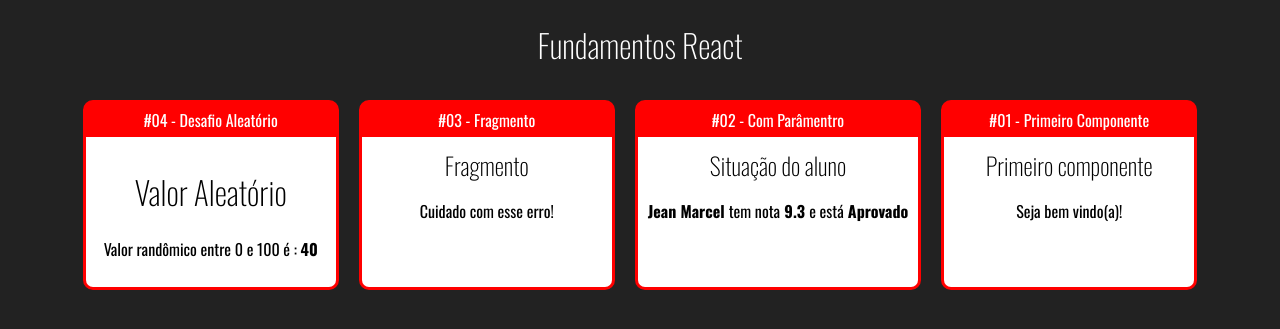
Repository: jean-siqueira/fundamentos-react
Page: /
The author's editor kept a copy of each file at every save. The page is drawn from the files as they stood at one save, then again after the next save.
The browser window is 1280 px wide. The pictures show the whole page.
The project was rebuilt for these pictures with package versions that can differ from the ones it lists, and the page was loaded fresh each time.

Above is the page before, as saved 2023-03-04 12:26:34.

### public/index.html
<!DOCTYPE html>
<html lang="en">
  <head>
    <meta charset="utf-8" />
    <link rel="icon" href="%PUBLIC_URL%/favicon.ico" />
    <meta name="viewport" content="width=device-width, initial-scale=1" />
    <meta name="theme-color" content="#000000" />
    <meta
      name="description"
      content="Web site created using create-react-app"
    />
    <link rel="apple-touch-icon" href="%PUBLIC_URL%/logo192.png" />
    <link rel="manifest" href="%PUBLIC_URL%/manifest.json" />
    <link rel="preconnect" href="https://fonts.googleapis.com">
<link rel="preconnect" href="https://fonts.gstatic.com" crossorigin>
<link href="https://fonts.googleapis.com/css2?family=Oswald:wght@200;300;400;500;600;700&display=swap" rel="stylesheet">
    <title>React App</title>
  </head>
  <body>
    <noscript>You need to enable JavaScript to run this app.</noscript>
    <div id="root"></div>
  </body>
</html>

### src/index.js
import "./index.css";
import ReactDOM from "react-dom";
import React from "react";

import App from "./App";

const tag = <strong>Olá React</strong>;

ReactDOM.render(<App />, document.getElementById("root"));

### src/index.css
body {
    font-family: Oswald;
    background-color: #222;
    color: #fff;
    text-align: center;
}

h1, h2, h3 {
    font-weight: 200;
}

h2, h3 {
    margin: 0;
}

### src/App.jsx
import React from "react";

import Card from "./components/layout/Card";
import Primeiro from "./components/basicos/Primeiro";
import "./App.css"
import ComParametro from "./components/basicos/ComParametro";
import Fragmento from "./components/basicos/Fragmento";
import Aleatorio from "./components/basicos/Aleatorio";

export default (_) => (
  <div className="App">
    <h1>Fundamentos React</h1>

    <div className="Cards">
      <Card titulo="#04 - Desafio Aleatório">
        <Aleatorio min={0} max={100} />
      </Card>

      <Card titulo="#03 - Fragmento">
        <Fragmento />
      </Card>

      <Card titulo="#02 - Com Parâmentro">
        <ComParametro
          titulo="Situação do aluno"
          aluno="Jean Marcel"
          nota={9.3}
        />
      </Card>

      <Card titulo="#01 - Primeiro Componente">
        <Primeiro></Primeiro>
      </Card>
    </div>
  </div>
);

### src/components/layout/Card.jsx
import React from "react";
import "./Card.css";

export default (props) => {
  return (
    <div className="Card">
      <div className="Title">{props.titulo}</div>
      <div className="Content">{props.children}</div>
    </div>
  );
};

### src/components/basicos/Primeiro.js

import React from "react"

export default function Primeiro() {

    const msg = 'Seja bem vindo(a)!'

    return (
        <div>
            <h2>Primeiro componente</h2>
            <p>  {msg} </p>
        </div>
    )

}

### src/components/basicos/ComParametro.jsx
import React from "react";

export default function ComParametro(props) {
  const status = props.nota >= 7 ? "Aprovado" : "Recuperação";
  return (
    <div>
      <h2>{props.titulo}</h2>
      <p>
        <strong>{props.aluno} </strong>
        tem nota
        <strong> {props.nota} </strong>e está
        <strong> {status}</strong>
      </p>
    </div>
  );
}

### src/components/basicos/Fragmento.jsx
import React from "react";

export default function Fragmento(props) {
  return (
    <>
      <h2>Fragmento</h2>
      <p>Cuidado com esse erro!</p>
    </>
  );
}

### src/components/basicos/Aleatorio.jsx
import React from "react";

export default (props) => {
  const { min, max } = props;

  const valorRandomico = parseInt(Math.random() * (max - min)) + min;

  return (
    <div>
      <h1>Valor Aleatório</h1>
      <p>
        Valor randômico entre {min} e {max} é :{" "}
        <strong>{valorRandomico}</strong>
      </p>
    </div>
  );
};

### src/components/layout/Card.css
.Card {
    background-color: red;
    border-radius: 10px;
    overflow: hidden;
    border: 3px solid red;
    margin: 10px;

    display: flex;
    flex-direction: column;
    min-width: 250px;
    max-width: 300px;
}

.Card .Title {
    padding: 5px 0px;
    display: flex;
    justify-content: center;
}

.Card .Content {
    flex-grow: 1;
    background-color: #fff;
    color: #000;
    padding: 10px;
}

Loaded but not shown: src/App.css (common file)

After the next save:
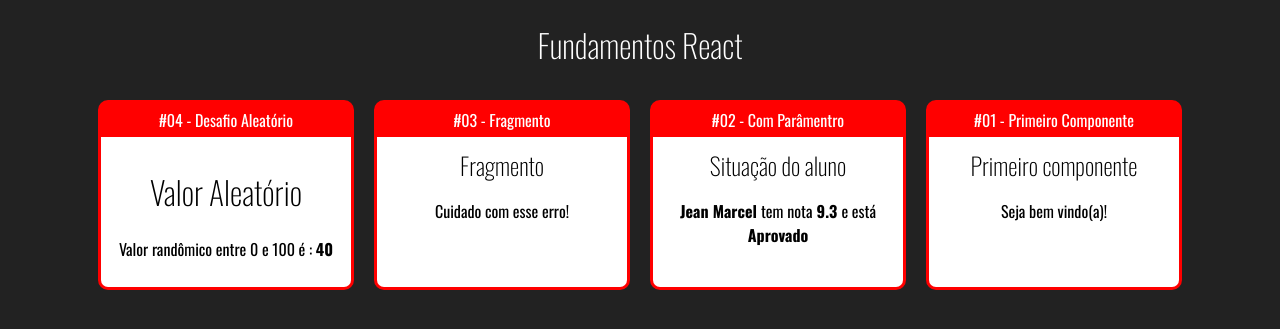
Saved 4 s later.
--- a/src/components/layout/Card.css
+++ b/src/components/layout/Card.css
@@ -8,7 +8,7 @@
     display: flex;
     flex-direction: column;
     min-width: 250px;
-    max-width: 300px;
+    max-width: 250px;
 }
 
 .Card .Title {
